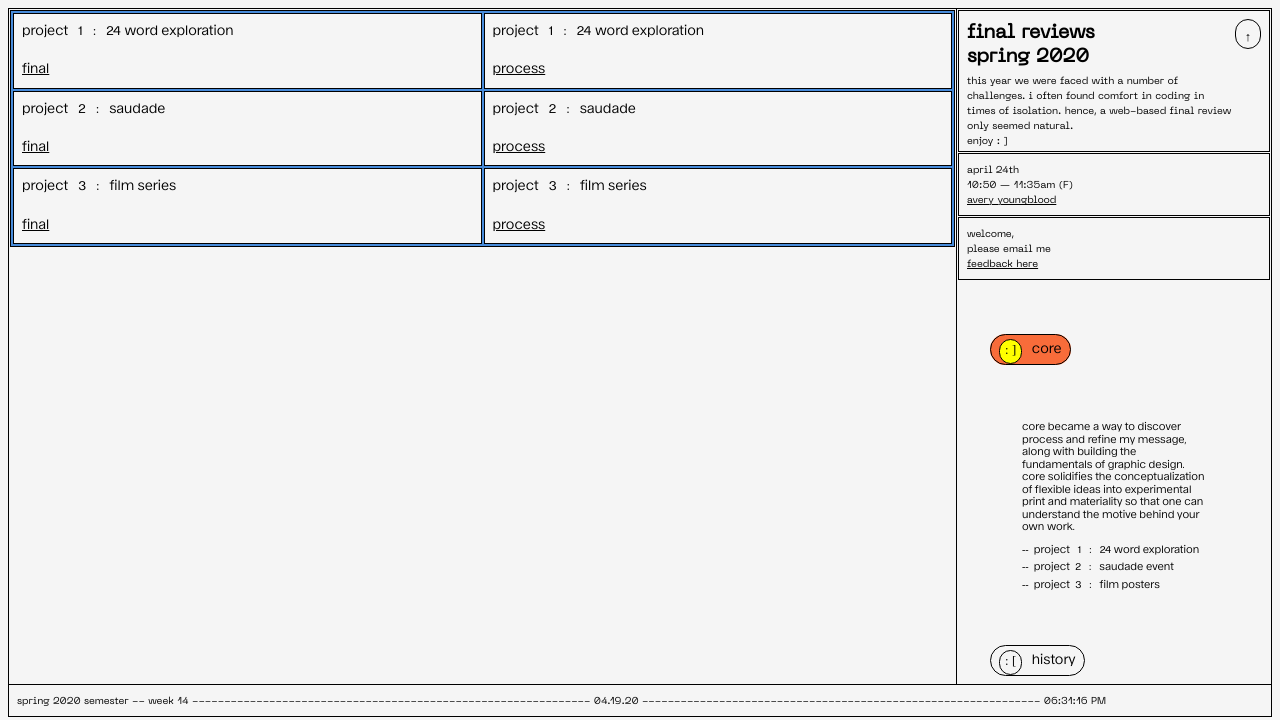
Repository: ayoungblood2/Spring-Semester-2020
Page: index v2/classes/core.html
The author's editor kept a copy of each file at every save. The page is drawn from the files as they stood at one save, then again after the next save.
The browser window is 1280 px wide. The pictures show the whole page.
Some web libraries are served in a nearby version.

Above is the page before, as saved 2020-04-19 21:36:27.

After the next save:
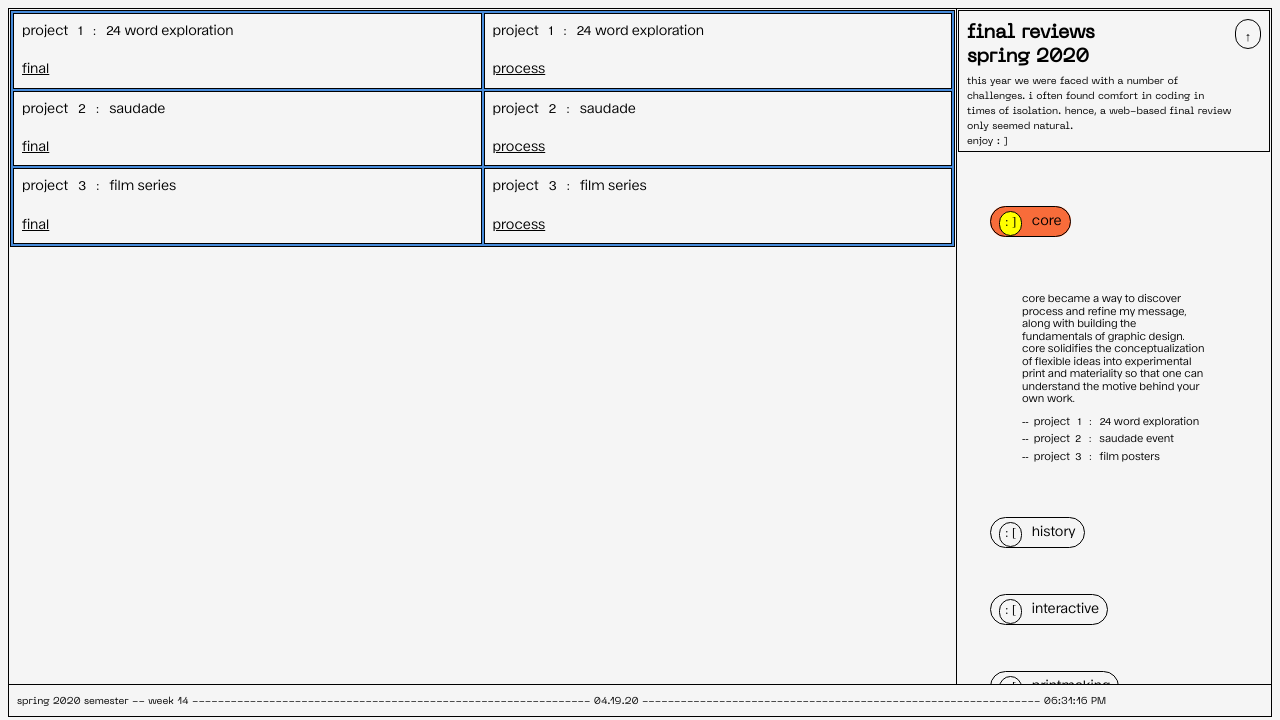
Saved 80 s later.
--- a/index v2/classes/core.html
+++ b/index v2/classes/core.html
@@ -137,23 +137,6 @@
 
             </a>
 
-            <header class="PageHeader PageHeader--home">
-
-                <section class="PageHeader-classInfo">
-                    april 24th
-                    <br>10:50 — 11:35am (F)
-                    <br><a href="https://www.art.yale.edu/AveryYoungblood" target="_blank" class="PageHeader--link">avery
-                        youngblood</a>
-                </section>
-            </header>
-
-            <header class="PageHeader PageHeader--home">
-                <section class="PageHeader-classInfo">
-                    welcome,
-                    <br> please email me
-                    <br><a href="mailto:avery.youngblood@yale.edu" target="_blank" class="PageHeader--link">feedback here</a>
-                </section>
-            </header>
 
             <nav class="Nav is-home">
 
@@ -344,6 +327,25 @@
                     </li>
             </nav>
 
+
+            <header class="PageHeader PageHeader--home">
+
+                <section class="PageHeader-classInfo">
+                    april 24th
+                    <br>10:50 — 11:35am (F)
+                    <br><a href="https://www.art.yale.edu/AveryYoungblood" target="_blank" class="PageHeader--link">avery
+                        youngblood</a>
+                </section>
+            </header>
+
+            <header class="PageHeader PageHeader--home">
+                <section class="PageHeader-classInfo">
+                    welcome,
+                    <br> please email me
+                    <br><a href="mailto:avery.youngblood@yale.edu" target="_blank" class="PageHeader--link">feedback here</a>
+                </section>
+            </header>
+
         </header>
 
         <span class="TimeStamp">spring semester week 01 04.15.20 05:07:06 PM</span>
